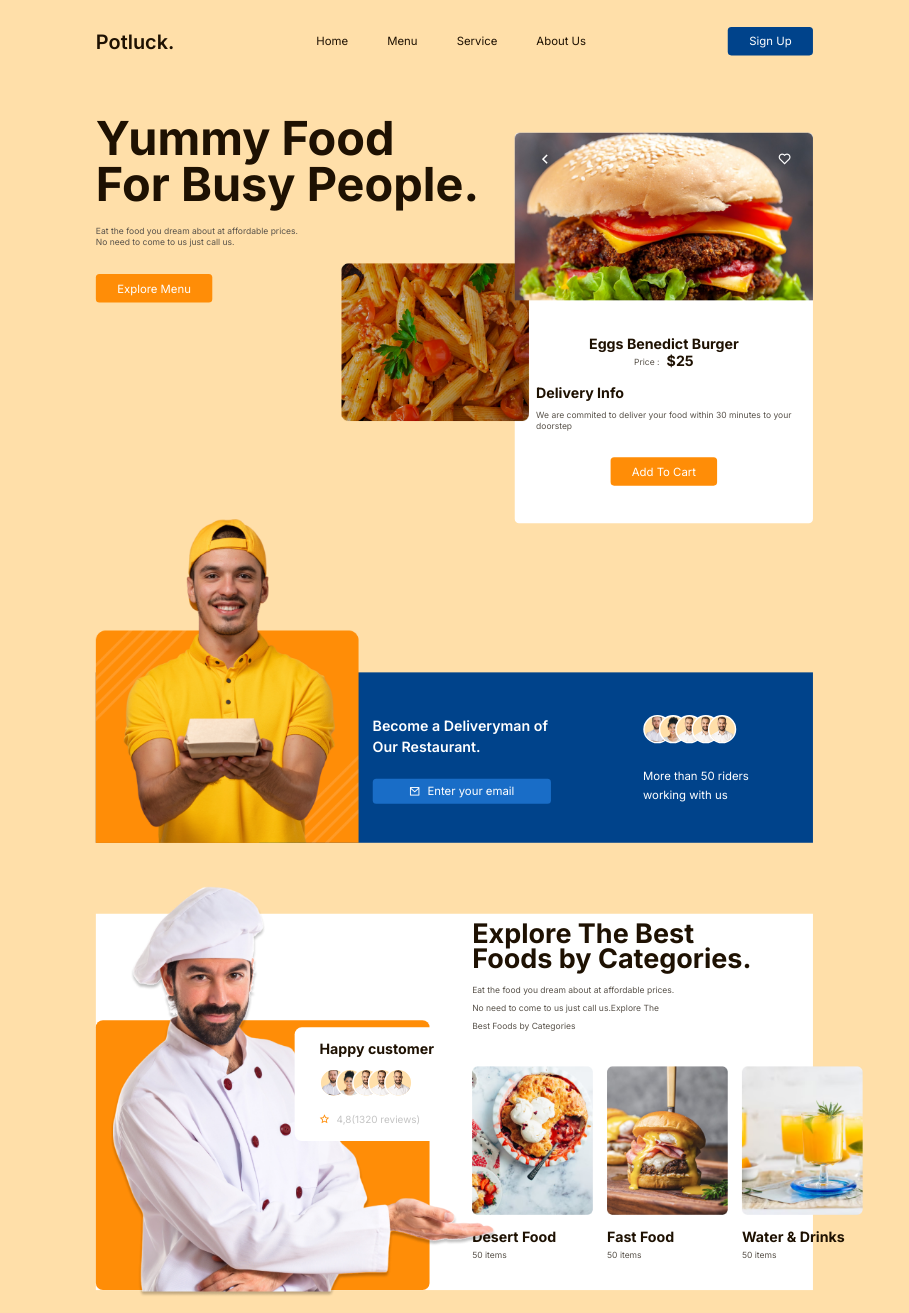
Repository: kien181999/potluck-restaurant-landing
Page: index.html
These files come from the project's save history. The page is drawn as it stood at one moment and after the next save; the edit follows.
The browser window is 1280 px wide. The pictures show the whole page, at 71% of full size.
The style sheet was rebuilt from its Sass, Less or Tailwind sources for each picture, by a compiler version that may differ from the author's.

Above is the page before, as saved 2022-06-20 21:17:18.

### index.html
<!DOCTYPE html>
<html lang="en">

<head>
    <meta charset="UTF-8">
    <meta http-equiv="X-UA-Compatible" content="IE=edge">
    <meta name="viewport" content="width=device-width, initial-scale=1.0">
    <link rel="stylesheet" href="/css/style.css">
    <link href="https://cdn.jsdelivr.net/npm/remixicon@2.5.0/fonts/remixicon.css" rel="stylesheet">
    <title>Restaurant Landing Page</title>
</head>

<body>
    <div class="container">
        <section class="header">
            <div class="header__menu">
                <div class="header__menu--title">
                    <h2 class="heading-2">Potluck.</h2>
                </div>
                <ul class="header__menu--list">
                    <li class="header__menu--link">
                        <a href="" class="header__menu--item">Home</a>
                    </li>
                    <li class="header__menu--link">
                        <a href="" class="header__menu--item">Menu</a>
                    </li>
                    <li class="header__menu--link">
                        <a href="" class="header__menu--item">Service</a>
                    </li>
                    <li class="header__menu--link">
                        <a href="" class="header__menu--item">About Us</a>
                    </li>
                </ul>
                <div class="header__menu--button">
                    <a href="" class="btn__blue">Sign Up</a>
                </div>
            </div>
            <div class="header__content">
                <div class="header__content--text">
                    <div class="header__content--text-1">
                        <h1 class="heading-1">Yummy Food</h1>
                        <h1 class="heading-1">For Busy People.</h1>
                    </div>
                    <div class="header__content--text-2">
                        <span class="heading-span">
                            Eat the food you dream about at affordable prices.
                        </span>
                        <br>
                        <span class="heading-span">
                            No need to come to us just call us.
                        </span>
                    </div>
                    <div class="header__content--text-button">
                        <a href="" class="btn__yellow">Explore Menu</a>
                    </div>
                    <div class="header__content--text-img">
                        <img src="/img/penne-pasta-tomato-sauce-with-chicken-tomatoes-wooden-table 1.png" alt=""
                            class="header__content--text-jpg">
                    </div>
                </div>
                <div class="header__content--card">
                    <div class="header__content--card--item">
                        <div class="header__content--card-img">
                            <img src="/img/front-view-tasty-meat-burger-with-cheese-salad-dark-background 1.png" alt=""
                                class="header__content--card--jpg">
                            <div class="header__content--card--icon--1">
                                <i class="ri-arrow-left-s-line"></i>
                            </div>
                            <div class="header__content--card--icon--2">
                                <i class="ri-heart-line"></i>
                            </div>
                        </div>
                        <div class="header__content--card--text">
                            <div class="header__content--card--title">
                                <h3 class="heading-3">
                                    Eggs Benedict Burger
                                </h3>
                            </div>
                            <div class="header__content--card--price">
                                <span class="heading-span">Price :</span>
                                <h3 class="heading-3">$25</h3>
                            </div>
                            <div class="header__content--card--info">
                                <h3 class="heading-3">Delivery Info</h3>
                                <br>
                                <span class="heading-span">We are commited to deliver your food within 30 minutes to
                                    your doorstep</span>
                            </div>
                            <div class="header__content--card--button">
                                <a href="" class="btn__yellow">Add To Cart</a>
                            </div>
                        </div>
                    </div>
                </div>
            </div>
            <div class="header__hr">
                <div class="header__hr--img">
                    <img src="/img/Image.png"
                        alt="" class="header__hr--jpg">
                </div>
                <div class="header__hr--content">
                    <div class="header__hr--yellow">

                    </div>
                    <div class="header__hr--jd">
                        <div class="header__hr--jd--text">
                            <h3 class="heading-3-white">Become a Deliveryman of Our Restaurant.</h3>
                        </div>
                        <div class="header__hr--jd--btn">
                            <a href="" class="button__blue"><i class="ri-mail-line"></i>Enter your email</a>
                        </div>
                    </div>
                    <div class="header__hr--emp">
                        <div class="header__hr--emp--img">
                            <img src="./img/image 731.png" alt="" class="header__hr--emp-jpg">
                            <img src="./img/image 732.png" alt="" class="header__hr--emp-jpg">
                            <img src="./img/image 856.png" alt="" class="header__hr--emp-jpg">
                            <img src="./img/image 856.png" alt="" class="header__hr--emp-jpg">
                            <img src="./img/image 856.png" alt="" class="header__hr--emp-jpg">
                        </div>
                        <div class="header__hr--emp--span">
                            <span class="heading-span-white">More than 50 riders working with us</span>
                        </div>
                    </div>
                </div>
            </div>
        </section>
        <section class="category">
            <div class="category__left">
              <img src="./img/chef-presenting-something-white-background-removebg (1) 1.png" alt="" class="category__left--chef">
              <div class="category__left--block"></div>
              <div class="category__left--customer">
                <div class="category__left--customer-text">
                    <h3 class="heading-3">Happy customer</h3>
                </div>
                <div class="category__left--customer-img">
                            <img src="./img/image 731.png" alt="" class="category__left--customer-jpg">
                            <img src="./img/image 732.png" alt="" class="category__left--customer-jpg">
                            <img src="./img/image 856.png" alt="" class="category__left--customer-jpg">
                            <img src="./img/image 856.png" alt="" class="category__left--customer-jpg">
                            <img src="./img/image 856.png" alt="" class="category__left--customer-jpg">
                </div>
                <div class="category__left--customer-review">
                    <i class="ri-star-line category__left--customer-icon"></i>
                    <h4 class="heading-4">4,8(1320 reviews)</h4>
                </div>
              </div>
            </div>
            <div class="category__right">
                <div class="category__right--title">
                    <h2 class="heading-2-bold">Explore The Best</h2>
                    <h2 class="heading-2-bold">Foods by Categories.</h2>
                </div>
                <div class="category__right--text">
                    <span class="heading-span">Eat the food you dream about at affordable prices.</span>
                    <span class="heading-span">No need to come to us just call us.Explore The</span>
                    <span class="heading-span">Best Foods by Categories</span>
                </div>
                <div class="category__right--food">
                    <div class="category__right--food-item">
                        <img src="./img/Rectangle 4546.png" alt="" class="category__right--food-item-img">
                        <h3 class="heading-3" style="margin-bottom: 1rem">Desert Food</h3>
                        <span class="heading-span">50 items</span>
                    </div>
                    <div class="category__right--food-item">
                        <img src="./img/Rectangle 4547.png" alt="" class="category__right--food-item-img">
                        <h3 class="heading-3" style="margin-bottom: 1rem">Fast Food</h3>
                        <span class="heading-span">50 items</span>
                    </div>
                    <div class="category__right--food-item">
                        <img src="./img/Rectangle 4548.png" alt="" class="category__right--food-item-img">
                        <h3 class="heading-3" style="margin-bottom: 1rem">Water & Drinks</h3>
                        <span class="heading-span">50 items</span>
                    </div>
                </div>
            </div>
        </section>
    </div>
    <script src="./main.js"></script>
</body>

</html>

### sass/main.scss
@import 'base';
@import 'typography';
@import 'variable';
@import 'header';
@import 'button';
@import 'category';

### sass/_base.scss
@import url("https://fonts.googleapis.com/css2?family=Inter:wght@100;200;300;400;500;600;700;800&display=swap");

*{
    margin: 0;
    padding: 0;
    outline: none;
    text-decoration: none;
    box-sizing: border-box;
}

::before,::after{
    box-sizing: border-box;
}
html{
    box-sizing: border-box;
    font-size: 62.5%;
    scroll-behavior: smooth;
    font-family: var(--body-font);
}
body{
    padding: 0;
    margin: 0;
    line-height: 1.5rem;
    background-color: var(--body-color);
}
.container{
    padding: 3.2rem 13.5rem;
}

### sass/_typography.scss
.heading-1{
    font-family: var(--body-font);
    font-size: 6.6rem;
    color: var(--primary-color);
    font-weight: 700;
}
.heading-2{
    font-family: var(--body-font);
    font-size: 2.8rem;
    color: var(--primary-color);
    font-weight: 600;
}
.heading-2-bold{
    font-family: var(--body-font);
    font-size: 3.8rem;
    color: var(--primary-color);
    font-weight: 700;
}
.heading-3{
    font-family: var(--body-font);
    font-size: 2rem;
    color: var(--primary-color);
    font-weight: 700;
}
.heading-3-white{
    font-family: var(--body-font);
    font-size: 2rem;
    color: var(--white-color);
    font-weight: 600;
    line-height: 3rem;
}
.heading-4{
    font-family: var(--body-font);
    font-size: 1.4rem;
    color: var(--text-color);
    font-weight: 400;
}
.heading-span{
    font-family: var(--body-font);
    font-size: 1.2rem;
    color: var(--secondary-color);
    font-weight: 400;
}.heading-span-white{
    font-family: var(--body-font);
    font-size: 1.6rem;
    color: var(--white-color);
    font-weight: 400;
    line-height: 1.6;
}

### sass/_variable.scss
:root{
    --body-color: #FFDFA9;
    --primary-color: #1E1102;
    --secondary-color: #58524A;
    --text-color: #c4c4c4;
    --blue-color: #196dc7;
    --bold-blue-color: #00438B;
    --yellow-color: #FF8D07;
    --white-color: #fff;
    --body-font: 'Inter', sans-serif;
}

### sass/_header.scss
.header {
    margin-bottom: 10rem;
    &__menu {
        display: flex;
        margin-bottom: 10rem;
        justify-content: space-between;
        align-items: center;
        height: 5.5rem;

        &--list {
            display: flex;
            list-style: none;
            justify-content: space-between;
            width: 38rem;
        }

        &--item {
            font-size: 1.6rem;
            color: var(--primary-color);
            text-decoration: none;
            transition: all .2s;

            &:hover {
                color: var(--yellow-color);
            }
        }
    }

    &__content {
        display: flex;
        justify-content: space-between;

        margin-top: 6rem;
        &--text {
            display: flex;
            flex-direction: column;
            position: relative;
            height: 35rem;
            width: 55rem;

            &-1 {
                display: flex;
                flex-direction: column;
                gap: 5rem;
                margin-bottom: 5rem;
            }

            &-2 {
                margin-bottom: 5rem;
            }

            &-img {
                position: absolute;
                bottom:-6rem ;
                right: -6rem;
            }
        }

        &--card {
            &--item {
                background-color: var(--white-color);
                width: 42rem;
                height: 55rem;
                border-radius: 6px;
            }

            &-img {
                position: relative;
            }

            &--icon--1 {
                position: absolute;
                color: var(--white-color);
                z-index: 10;
                top: 3rem;
                left: 3rem;
                font-size: 2.5rem;
            }

            &--icon--2 {
                position: absolute;
                color: var(--white-color);
                z-index: 10;
                top: 3rem;
                right: 3rem;
                font-size: 2rem;
            }
            &--text{
                display: flex;
                flex-direction: column;
                padding: 5rem 3rem;
                justify-content: center;
                align-items: center;
            }
            &--title{
                margin-bottom: 1rem;
            }
            &--price{
                display: flex;
                gap: 1rem;
                margin-bottom: 3rem;
            }
            &--info{
                display: flex;
                flex-direction: column;
                margin-bottom: 5rem;
            }
        }
    }
    &__hr{
        position: relative;
        height: 45rem;
        &--img{
            position: absolute;
            bottom: -4px;
            left: 0;
            z-index: 10;
        }
        &--content{
            position: absolute;
            bottom: 0;
            right: 0;
            display: flex;
            background-color: var(--bold-blue-color);
            height: 24rem;
            justify-content: space-between;
            width: 100%;
        }
        &--yellow{
            height: 24rem;
            width: 37rem;
            background-color: var(--yellow-color);
        }
        &--jd{
            padding: 4rem 6rem;
            display: flex;
            flex-direction: column;
            margin-left: 10rem;
            margin-top: 2rem;
            position: relative;
            &::before{
                content: "";
                position: absolute;
                z-index: 100;
                left: 0;
                bottom: -50%;
                height: 2rem;
                width: 1px;
                color: var(--secondary-color);
            }
            &--text{
                margin-bottom: 3rem;
            }
        }
        &--emp{
            padding: 6rem 7rem;
            &-jpg{
                height: 4rem;
                width: 4rem;
                border-radius: 50%;
                background-color: var(--body-color);
                object-fit: cover;
                border: solid var(--white-color) 2px;
                margin-bottom: 3rem;
             &:not(:last-child){
                margin-right: -2rem;
             }
            }
        }
    }
}

### sass/_button.scss
.btn {

    &__blue {
        background-color: var(--bold-blue-color);
        transition: all .2s;
        padding: 1rem 3rem;
        font-size: 1.6rem;
        border-radius: 5px;
        color: var(--white-color);
        &:hover {
            background-color: var(--blue-color);
        }
        &:focus {
            outline: none;
            animation: pulsate 1s infinite;
        }
    }

    &__yellow {
        background-color: var(--yellow-color);
        font-size: 1.6rem;
        border-radius: 5px;
        transition: all .2s;
        color: var(--white-color);
        padding: 1rem 3rem;
    }
}
.button{
    &__blue{
        font-size: 1.6rem;
        background-color: var(--blue-color);
        display: flex;
        align-items: center;
        justify-content: center;
        padding: 1rem 3rem;
        color: var(--white-color);
        border-radius: 5px;
        gap: 1rem;
    }
}


@keyframes pulsate {
    0% {
        transform: scale(1);
        box-shadow: none;
    }

    50% {
        transform: scale(1.05);
        box-shadow: 0 1rem 4rem rgba(0, 0, 0, .25);
    }

    100% {
        transform: scale(1);
        box-shadow: none;
    }
}

### sass/_category.scss
.category{
    display: flex;
    background-color: white;
    &__left{
        position: relative;
        &--block{
            width: 47rem;
            height: 38rem;
            background-color: var(--yellow-color) ;
            border-radius: 10px;
            margin-top: 15rem;
        }
        &--chef{
            position: absolute;
            bottom: -1rem;
            left: 2rem;
        }
        &--customer{
            padding: 2.3rem 3.5rem;
            background-color: var(--white-color);
            border-radius: 10px;
            display: flex;
            flex-direction: column;
            width: 24rem;
            position: absolute;
            bottom: 21rem;
            left: 28rem;
            height: 16rem;
            &-jpg{
                height: 4rem;
                width: 4rem;
                border-radius: 50%;
                background-color:  var(--body-color);
                object-fit: cover;
                border: solid var(--white-color) 2px;
                margin-bottom: 2rem;
             &:not(:last-child){
                margin-right: -2rem;
            }
        }
        &-text{
            margin-bottom: 2rem;
        }
        &-review{
            display: flex;
            gap: 1rem;
        }
        &-icon{
            font-size: 1.4rem;
            color: var(--yellow-color);
        }
    }
}
    &__right{
        display: flex;
        flex-direction: column;
        margin-left: 6rem;
        margin-top: 2rem;
        &--title{
            display: flex;
            flex-direction: column;
            gap: 2rem;
            margin-bottom: 3rem;
        }
        &--text{
            margin-bottom: 5rem;
            display: flex;
            flex-direction: column;
            gap: 1rem;
        }
        &--food{
            display: flex;
            &-item{

                &:not(:last-child){
                    margin-right: 2rem;
                }
                &-img{
                    margin-bottom: 2rem;
                    width: 17rem;
                }

            }
        }
    }
}

Loaded but not shown: main.js (no stored copy; drawn as an empty file)

After the next save:
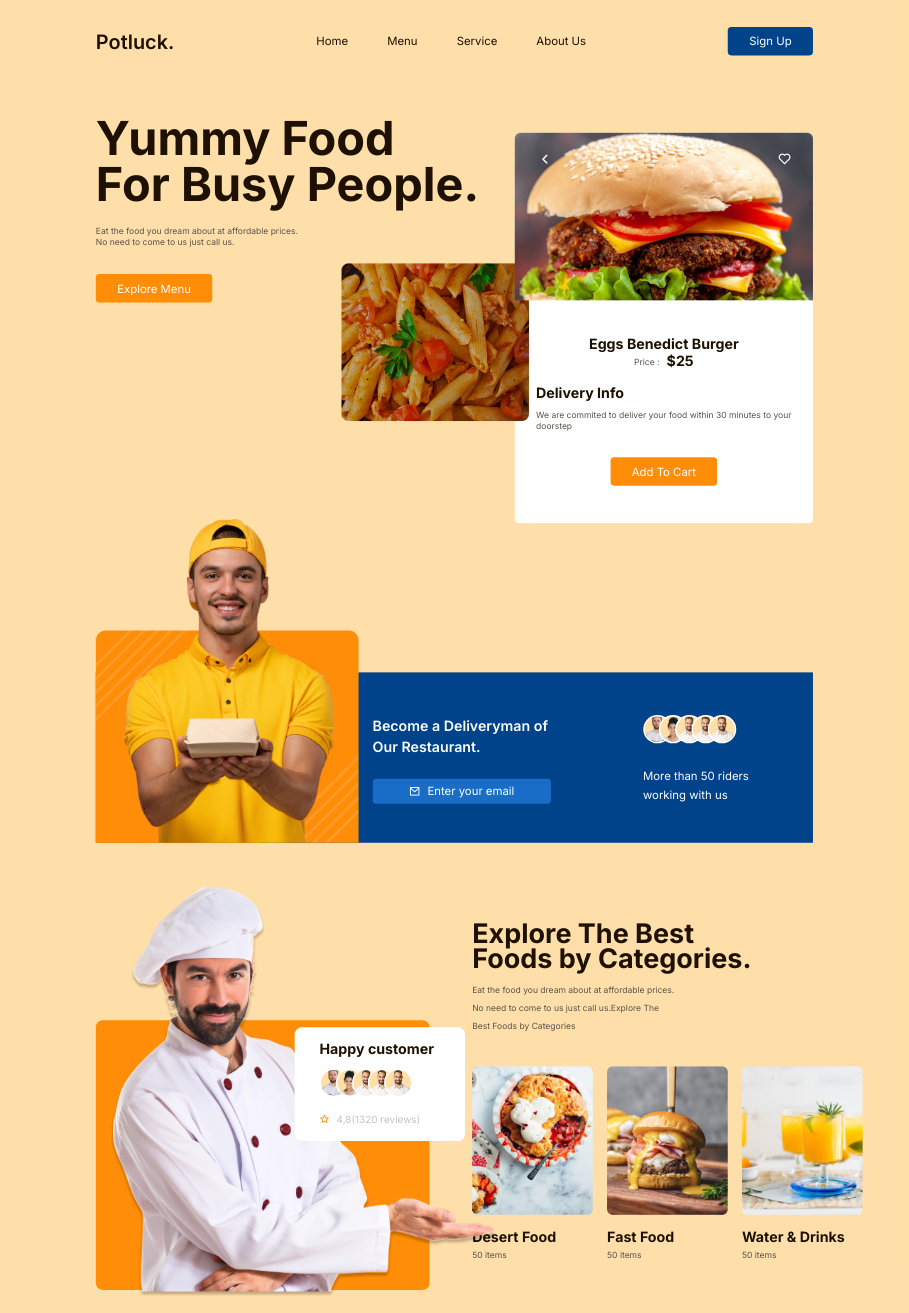
Saved 28 s later.
--- a/sass/_category.scss
+++ b/sass/_category.scss
@@ -1,6 +1,5 @@
 .category{
     display: flex;
-    background-color: white;
     &__left{
         position: relative;
         &--block{
